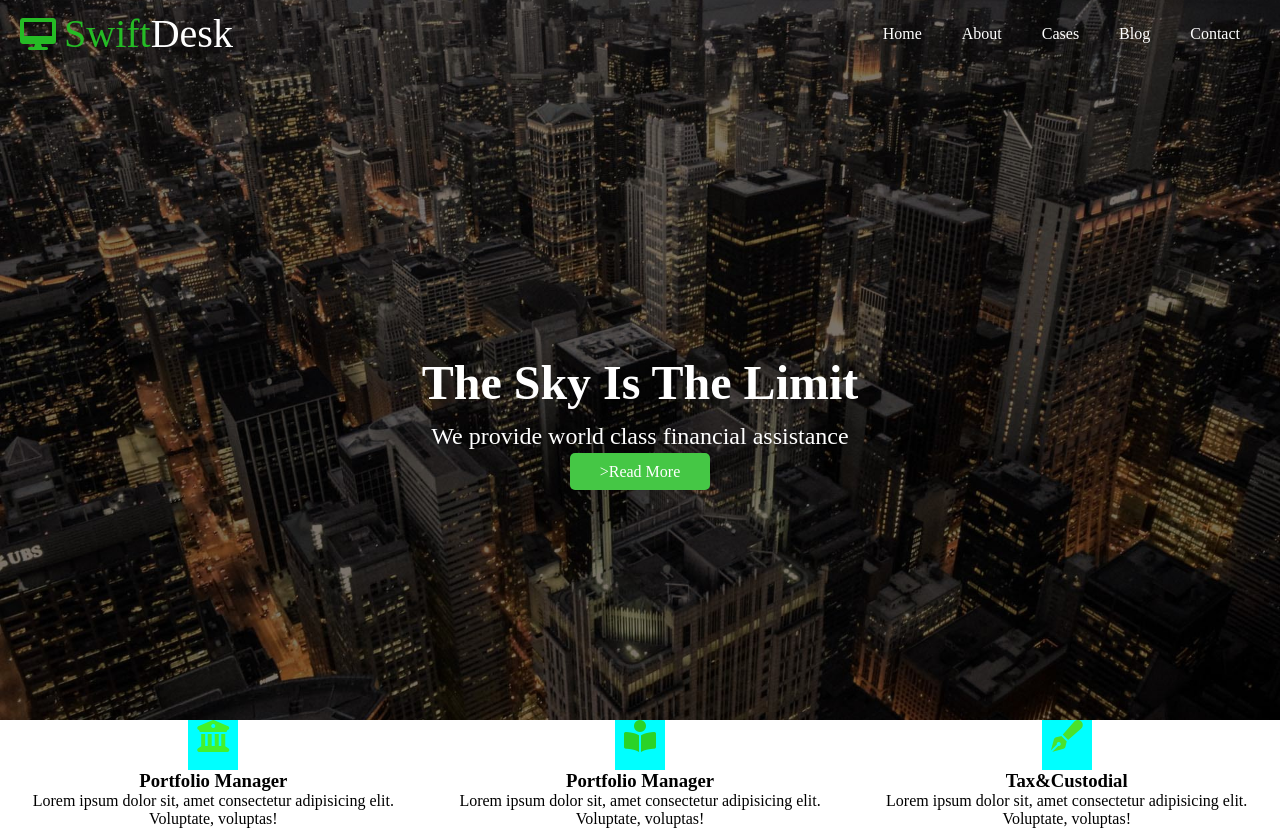
Repository: reemoon-ctrl/swiftdisk-Website-Flexbox
Page: index.html
An editor plug-in stored every save of this project. The page is shown before and after the next save, followed by the edit.
The browser window is 1280 px wide. The pictures show the whole page.

Above is the page before, as saved 2024-07-26 22:10:03.

### index.html
<!DOCTYPE html>
<html lang="en">
<head>
    <meta charset="UTF-8">
    <meta name="viewport" content="width=device-width, initial-scale=1.0">
    <title>
        Swift Desk
    </title>
    <link rel="stylesheet" href="https://cdnjs.cloudflare.com/ajax/libs/font-awesome/6.0.0-beta3/css/all.min.css">

    <link rel="stylesheet" href="index.css">
</head>
<body>
    <div class="show-case">
        <header>
            <div class="nav-bar">
                <div class="title-bar">
                    <i class="fas fa-desktop fa-2x" style="color: rgb(37, 187, 37)"></i>
                    <h1 class="title"><span class="fword"> Swift</span>Desk</h1>
                </div>
                <div class="link-bar">
                    <a href="">Home</a>
                    <a href="">About</a>
                    <a href="">Cases</a>
                    <a href="">Blog</a>
                    <a href="">Contact</a>
                </div>
            </div>
        </header>
        <header class="hd-content">
            <h1>The Sky Is The Limit</h1>
            <p>We provide world class financial assistance
            </p>
            <a href="">>Read More</a>

        </header>

    </div>
    <main>
        <div class="about-section">
            <ul class="about-srvice" >
                <li><i class="fas fa-university fa-2x" style="color: #43f22c;"></i>
                    <h3>Portfolio Manager</h3>
                    <p>Lorem ipsum dolor sit, amet consectetur adipisicing elit. Voluptate, voluptas!</p>
                </li>
                <li><i class="fas fa-book-open-reader fa-2x" style="color: #2ad327;"></i>
                    <h3>Portfolio Manager</h3>
                    <p>Lorem ipsum dolor sit, amet consectetur adipisicing elit. Voluptate, voluptas!</p></li>
                <li><i class="fas fa-pen-fancy fa-2x" style="color: #4ae22c;"></i>
                    <h3>Tax&Custodial</h3>
                    <p>Lorem ipsum dolor sit, amet consectetur adipisicing elit. Voluptate, voluptas!</p></li>
            </ul>
        </div>

    </main>


</body>
</html>

### index.css
*{
    box-sizing: border-box;
    margin: 0;
    padding: 0;
}
body{

}
.nav-bar{
    display: flex;
    justify-content:space-between ;
    padding: 10px 20px;
    color:#fff;




}
.title-bar{
    align-items: center;
    flex-grow: 1;
    display: flex;
    gap:.5rem;


}
.title-bar h1{
    display:inline-block;
    font-size:2.5rem;
    font-weight: 400;
}

.link-bar{

    /* flex-grow:1 ; */
    align-self: center;
    display: flex;
}
.link-bar a{
    padding: 10px 20px;
    color:#fff;
    text-decoration: none;


}
.link-bar a:hover{
    border-bottom: 1px #25bb25 solid;
}
.fword{
    color:#25bb25;
}
.show-case{
   height:100vh;
   text-align: center;
   color:#fff;

   background:  url('img/home/showcase.jpg') no-repeat center center/cover ;
}
.hd-content{
    padding-top: 18rem;
}
.hd-content h1{
    font-size: 3rem;
}
.hd-content p{
    font-size: 1.5rem;
    padding-top: .8rem;
    padding-bottom: .8rem;
}
.hd-content a{
    color: #fff;
    background:rgb(69, 199, 69) ;
    padding: 10px 30px;
    border-radius: 5px;
    text-decoration: none;
    text-align: center;
}
.about-section ul{
    display: flex;
    list-style: none;

}
.about-srvice li{
    text-align: center;
}
.about-srvice li i{
    background-color: aqua;
    width:50px;
    height: 50px;

}

After the next save:
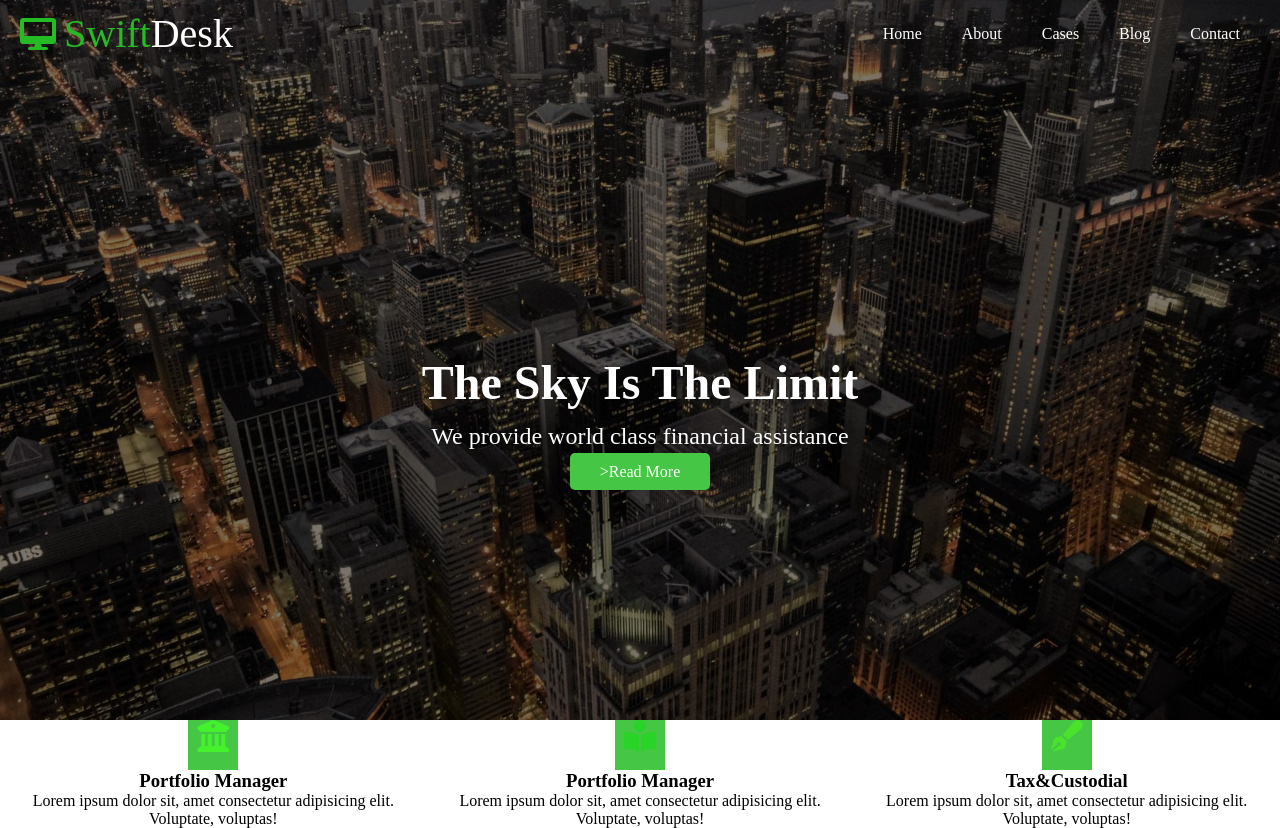
Saved 49 s later.
--- a/index.css
+++ b/index.css
@@ -84,7 +84,7 @@ body{
     text-align: center;
 }
 .about-srvice li i{
-    background-color: aqua;
+    background-color: rgb(69, 199, 69);
     width:50px;
     height: 50px;
 
